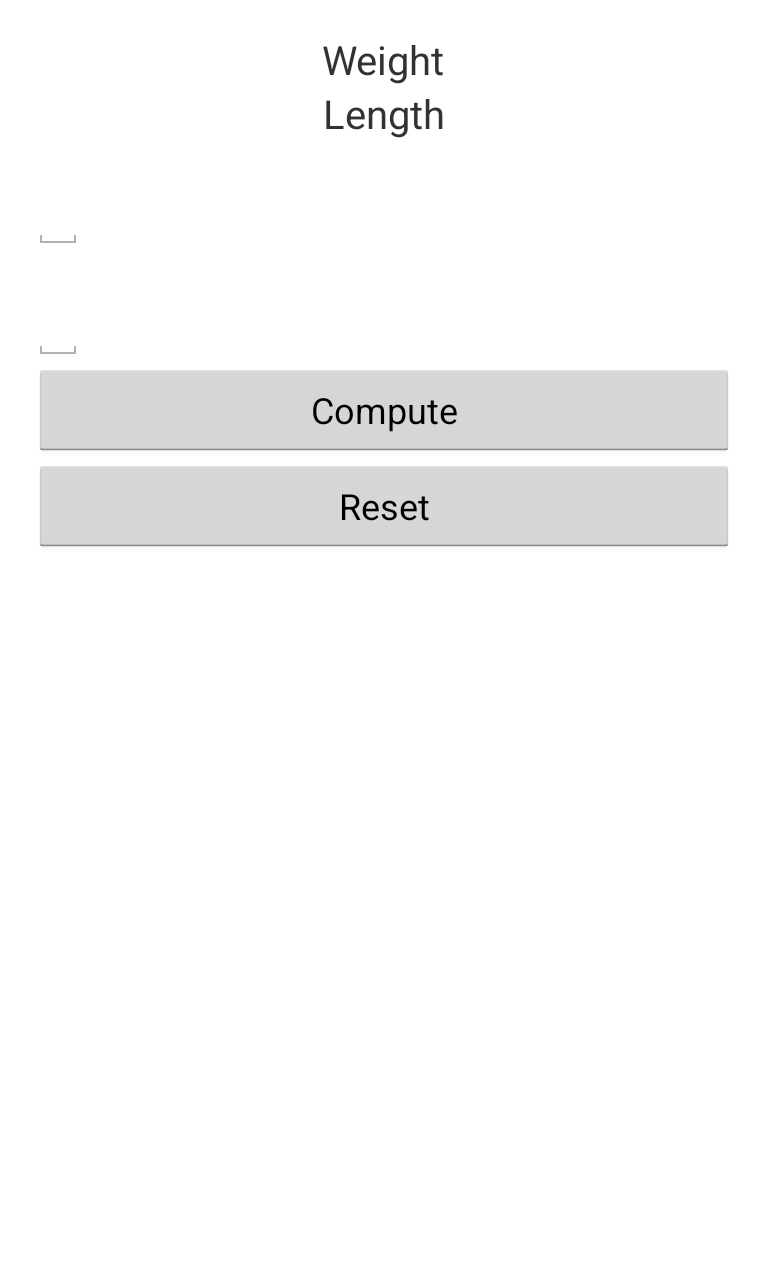
Repository: ek222mw/IDV436_API_Komponent
Layout: labb1_BMI/res/layout/activity_main.xml
An editor plug-in stored every save of this project. The layout is shown before and after the next save, followed by the edit.
It is drawn on a 768 x 1280 px phone screen (xhdpi) without system bars, with theme AppTheme; the app's code is not run.

Above is the layout before, as saved 2014-11-17 13:35:12.

### labb1_BMI/res/layout/activity_main.xml
<LinearLayout xmlns:android="http://schemas.android.com/apk/res/android"
    xmlns:tools="http://schemas.android.com/tools"
    android:orientation="vertical"
    android:layout_width="match_parent"
    android:layout_height="match_parent"
    android:paddingBottom="@dimen/activity_vertical_margin"
    android:paddingLeft="@dimen/activity_horizontal_margin"
    android:paddingRight="@dimen/activity_horizontal_margin"
    android:paddingTop="@dimen/activity_vertical_margin"
    tools:context="com.example.randomize.RandomNum" >



    <TextView
        android:id="@+id/result"
        android:layout_width="wrap_content"
        android:layout_height="wrap_content"
        android:text="@string/weight"
        android:layout_gravity="center"
        android:textSize="20sp"
         />
     <TextView

        android:layout_width="wrap_content"
        android:layout_height="wrap_content"
        android:text="@string/height"
        android:layout_gravity="center"
        android:textSize="20sp"
         />

    <EditText android:id="@+id/edit_text"

        android:layout_width="wrap_content"
        android:layout_height="wrap_content"

        android:gravity="center"
        android:textSize="30sp"
        android:hint="@string/edit_text_Length" />

    <EditText android:id="@+id/edit_text_Weight"

        android:layout_width="wrap_content"
        android:layout_height="wrap_content"

        android:gravity="center"
        android:textSize="30sp"
        android:hint="@string/edit_text_Weight" />

    <Button android:id="@+id/Button_Send"
        android:layout_width="match_parent"
        android:layout_height="wrap_content"
        android:layout_gravity="center"
        android:text="@string/button_text" />

    <Button android:id="@+id/Reset"
        android:layout_width="match_parent"
        android:layout_height="wrap_content"
        android:layout_gravity="center"
        android:text="@string/Reset" />

</LinearLayout>

### labb1_BMI/res/values/strings.xml
<?xml version="1.0" encoding="utf-8"?>
<resources>

    <string name="app_name">labb1_BMI</string>
    <string name="result"></string>
    <string name="height">Length</string>
    <string name="edit_text_Length"></string>
    <string name="weight">Weight</string>
    <string name="edit_text_Weight"></string>
    <string name="button_text">Compute</string>
    <string name="Reset">Reset</string>
    <string name="action_settings">Settings</string>

</resources>

Loaded but not shown: labb1_BMI/res/values/styles.xml (common file); labb1_BMI/res/values-v11/styles.xml (common file); labb1_BMI/res/values-v14/styles.xml (common file); labb1_BMI/res/values/dimens.xml (common file); labb1_BMI/res/values-w820dp/dimens.xml (common file)

After the next save:
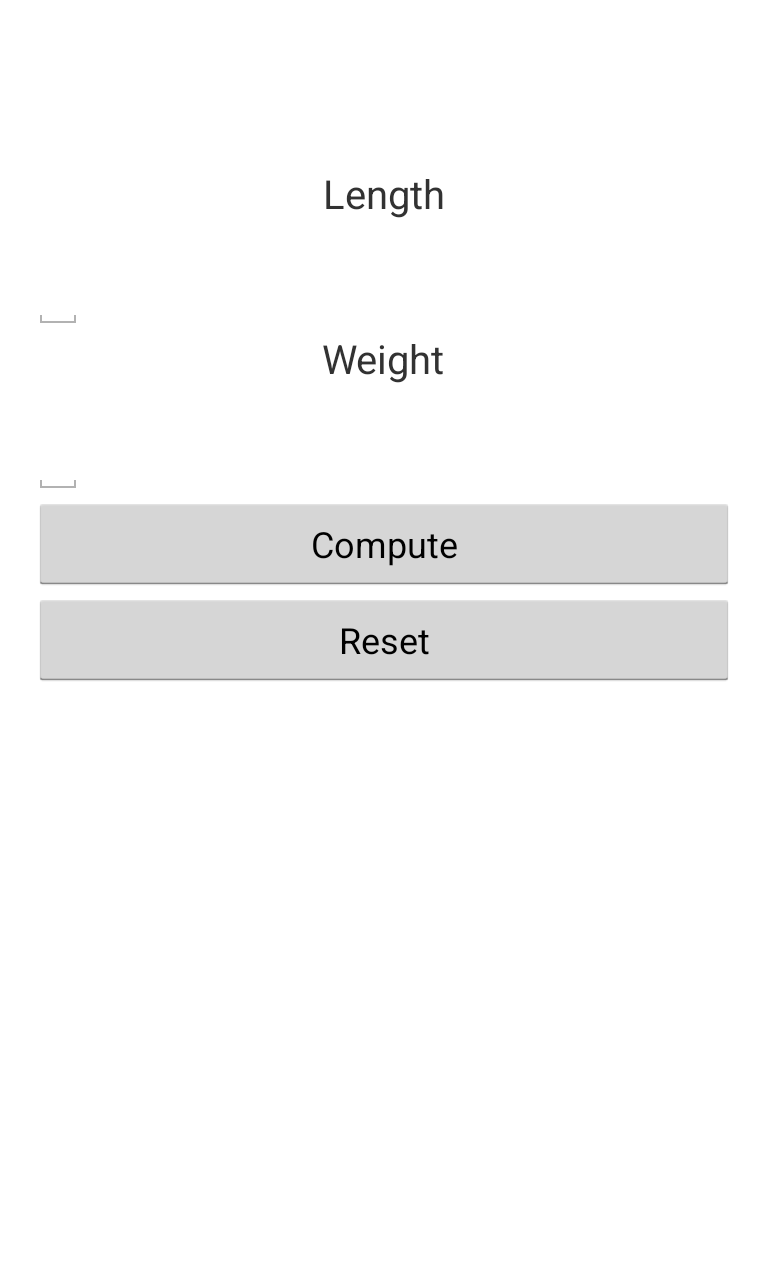
Saved 80 s later.
--- a/labb1_BMI/res/layout/activity_main.xml
+++ b/labb1_BMI/res/layout/activity_main.xml
@@ -15,9 +15,9 @@
         android:id="@+id/result"
         android:layout_width="wrap_content"
         android:layout_height="wrap_content"
-        android:text="@string/weight"
+        android:text="@string/result"
         android:layout_gravity="center"
-        android:textSize="20sp"
+        android:textSize="50sp"
          />
      <TextView
 
@@ -36,6 +36,15 @@
         android:gravity="center"
         android:textSize="30sp"
         android:hint="@string/edit_text_Length" />
+
+    <TextView
+
+        android:layout_width="wrap_content"
+        android:layout_height="wrap_content"
+        android:text="@string/weight"
+        android:layout_gravity="center"
+        android:textSize="20sp"
+         />
 
     <EditText android:id="@+id/edit_text_Weight"
 
